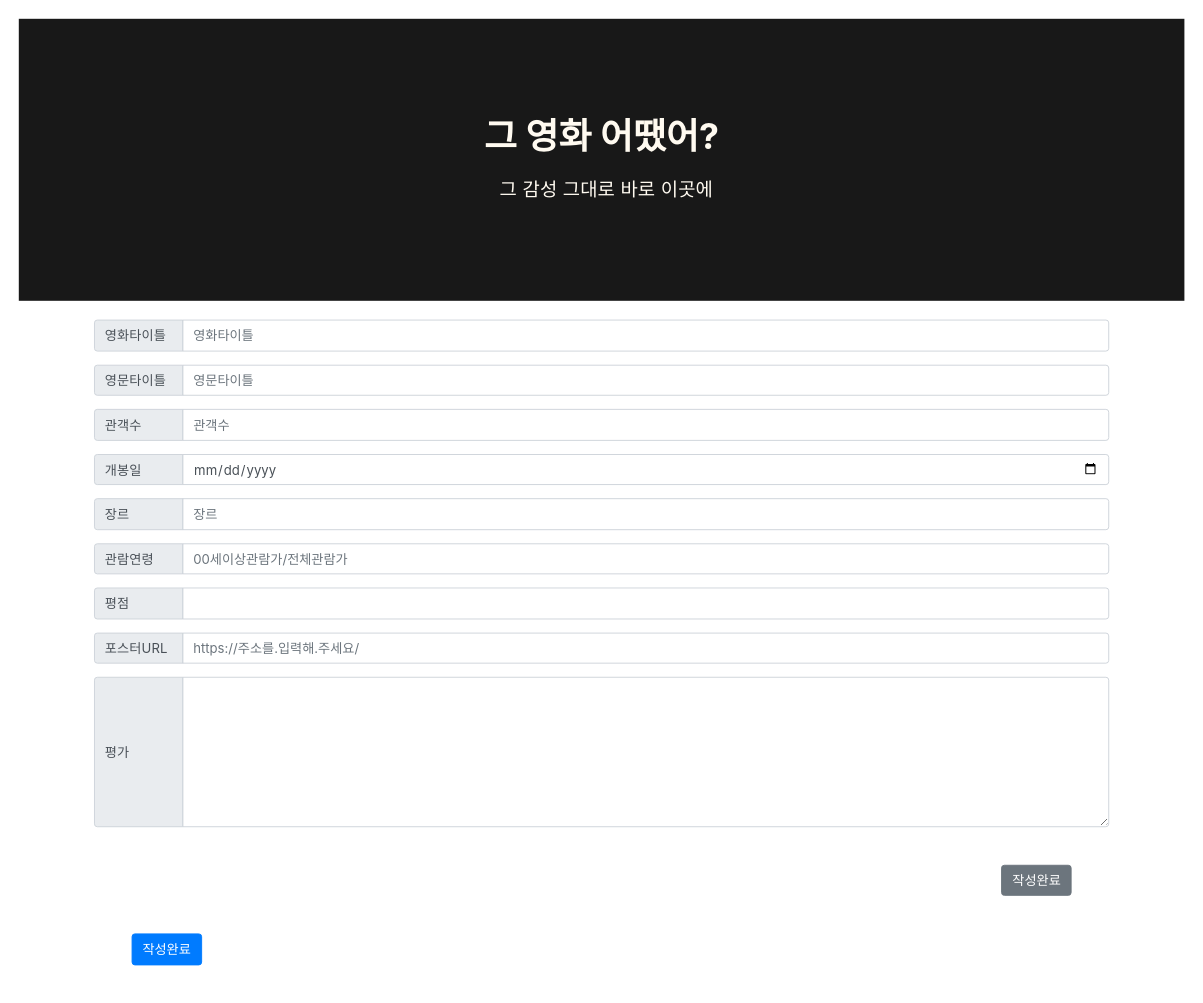
Repository: JungSWon/Project
Page: templates/new.html
The author's editor kept a record of every edit. The page is drawn from the files as they stood at one moment, then again after the next edit.
The browser window is 1280 px wide. The pictures show the whole page, at 94% of full size.
Some web libraries are served in a nearby version. The template is drawn by Flask 3. The application's start-up code is not run. The template is opened directly, without the code that normally fills it, so the values that code supplies are empty.

Above is the page before.

After the next edit:
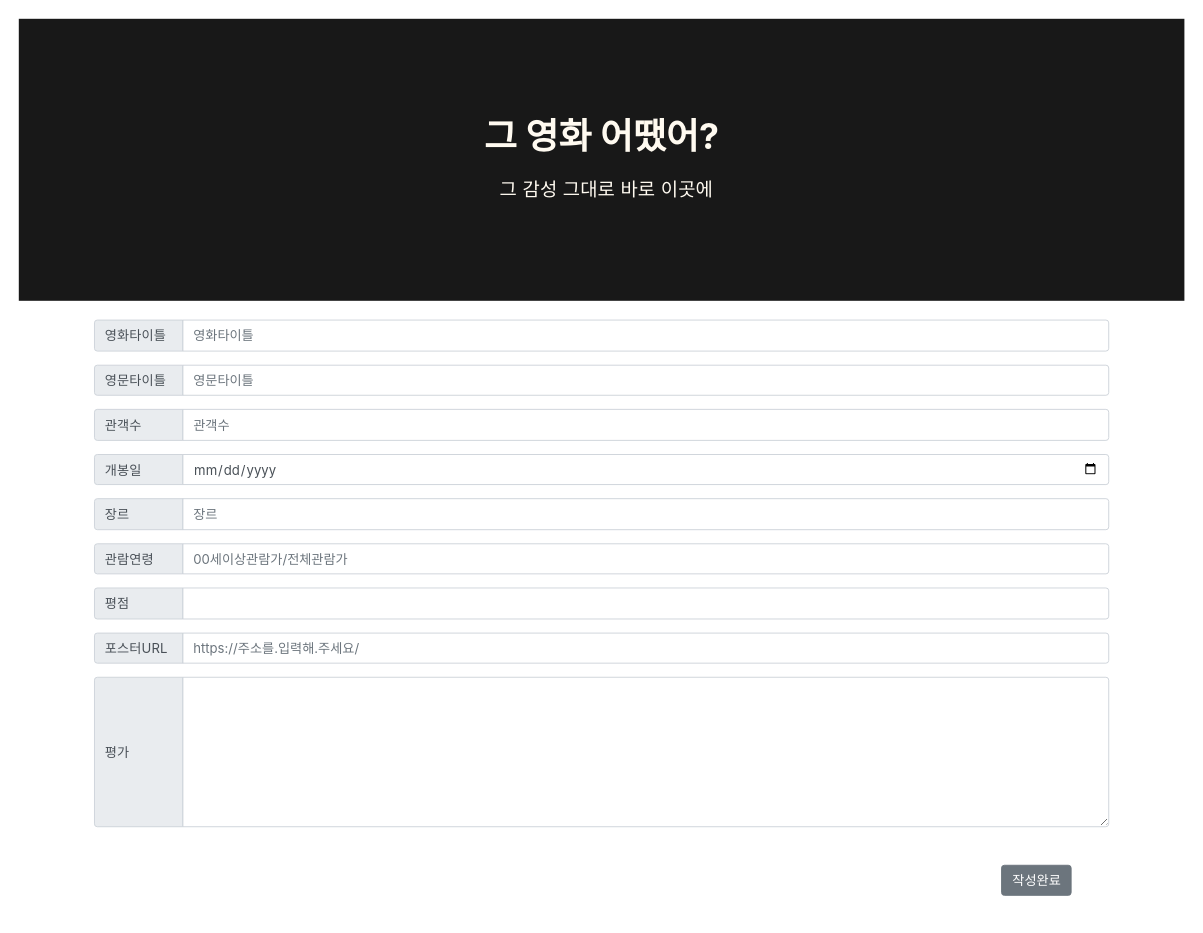
The edit:
--- a/04_CRUD/templates/new.html
+++ b/04_CRUD/templates/new.html
@@ -120,7 +120,7 @@
                 <div align="right" class="show_btn" role="group" aria-label="Basic example" >
                     <button type="submit" class="btn btn-secondary">작성완료</button>
                 </div>
-                <button type="submit" class="btn btn-primary">작성완료</button>
+
             </div>
         </div>
     </form>
